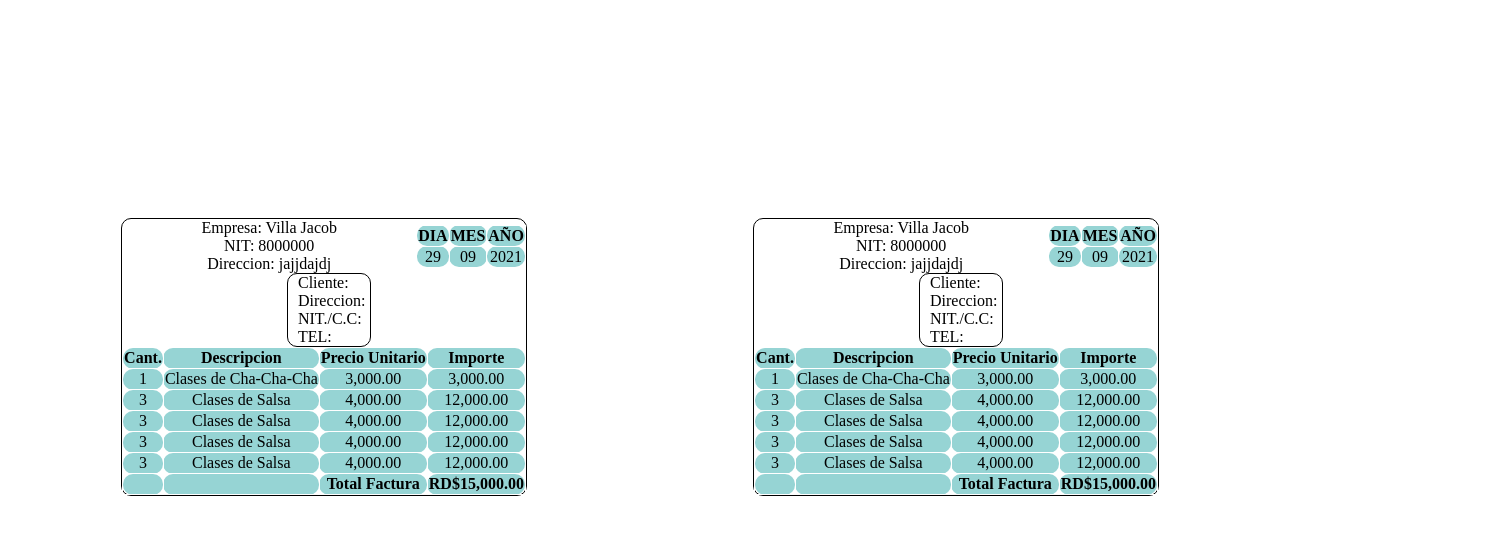
Repository: MrVanQish/FacturaEstructura
Page: index.html
The author's editor kept a copy of each file at every save. The page is drawn from the files as they stood at one save, then again after the next save.
The browser window is 1280 px wide. The page is 1280 px wide, then 1496 px, then 1280 px, so the pictures cover 1496 px, including what lies to the right of the window. The pictures show the whole page.

Above is the page before, as saved 2021-09-29 11:44:25.

After the next save:
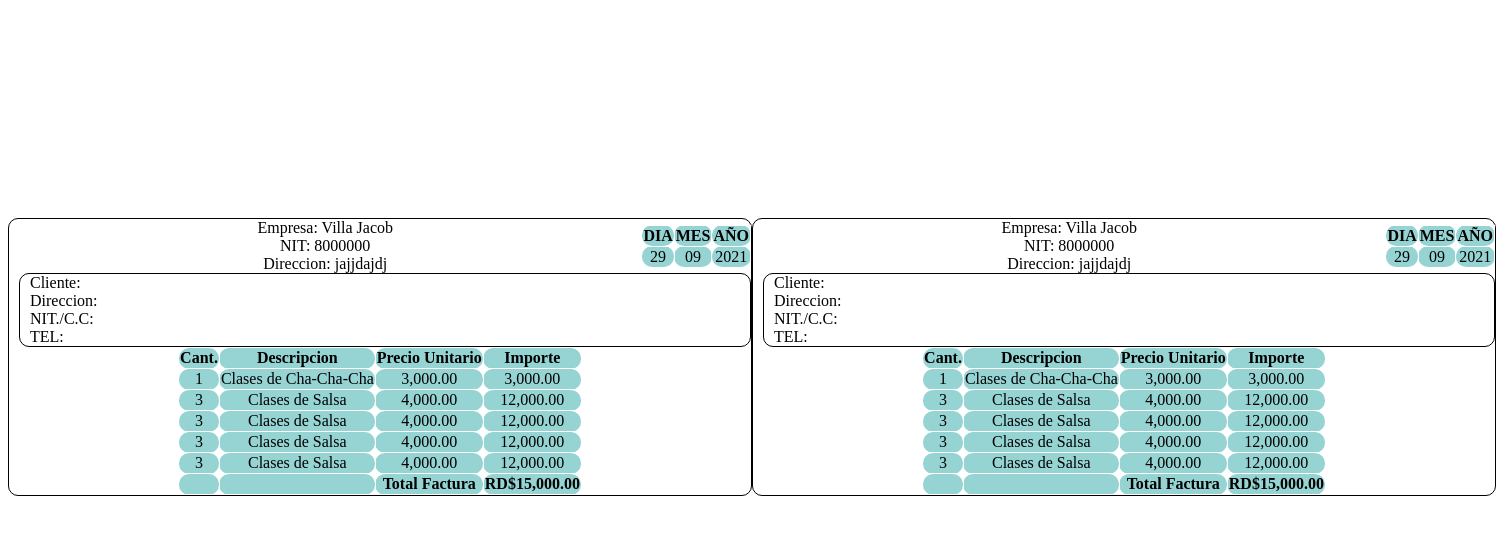
Saved 4 s later.
--- a/styles.css
+++ b/styles.css
@@ -80,7 +80,7 @@
     border-radius: 10px;
     align-self: center;
     justify-self: center;
-    width: 10vh;
+    width: 100vh;
 }
 
 .items-f{

After the 2 saves that followed:
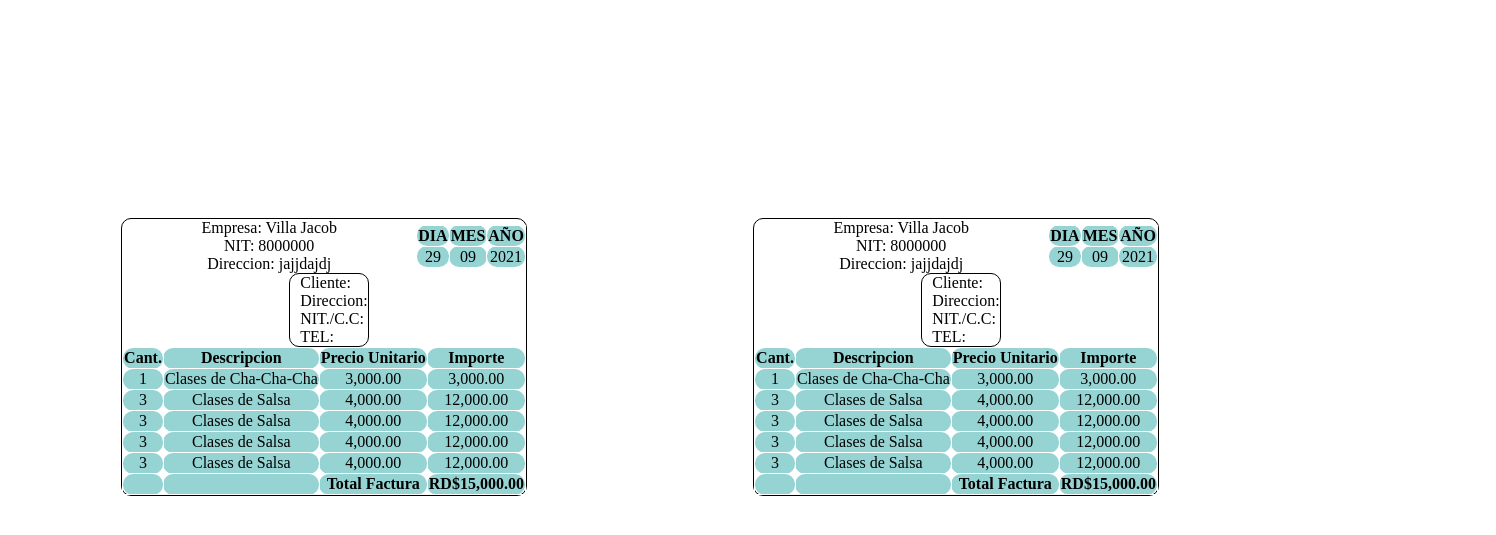
The 2 saves are shown as one change because they came seconds apart.
The last was saved 7 s later.
--- a/styles.css
+++ b/styles.css
@@ -80,7 +80,7 @@
     border-radius: 10px;
     align-self: center;
     justify-self: center;
-    width: 100vh;
+    width: ;
 }
 
 .items-f{
